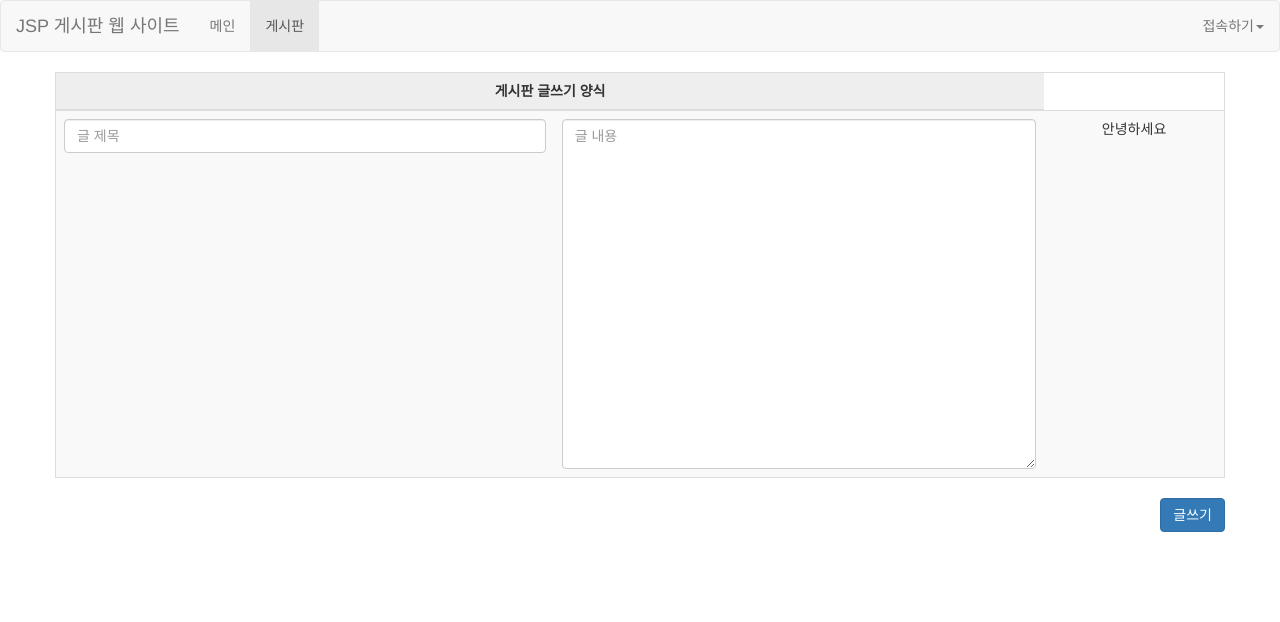
Repository: jk4g2/JSP_BBS
Page: http://localhost/BBS/view.jsp
The author's editor kept a copy of each file at every save. The page is drawn from the files as they stood at one save, then again after the next save.
The browser window is 1280 px wide. The pictures show the whole page.
Some web libraries are served in a nearby version. The page is served by Tomcat 9.

Above is the page before, as saved 2020-03-15 23:21:25.

After the next save:
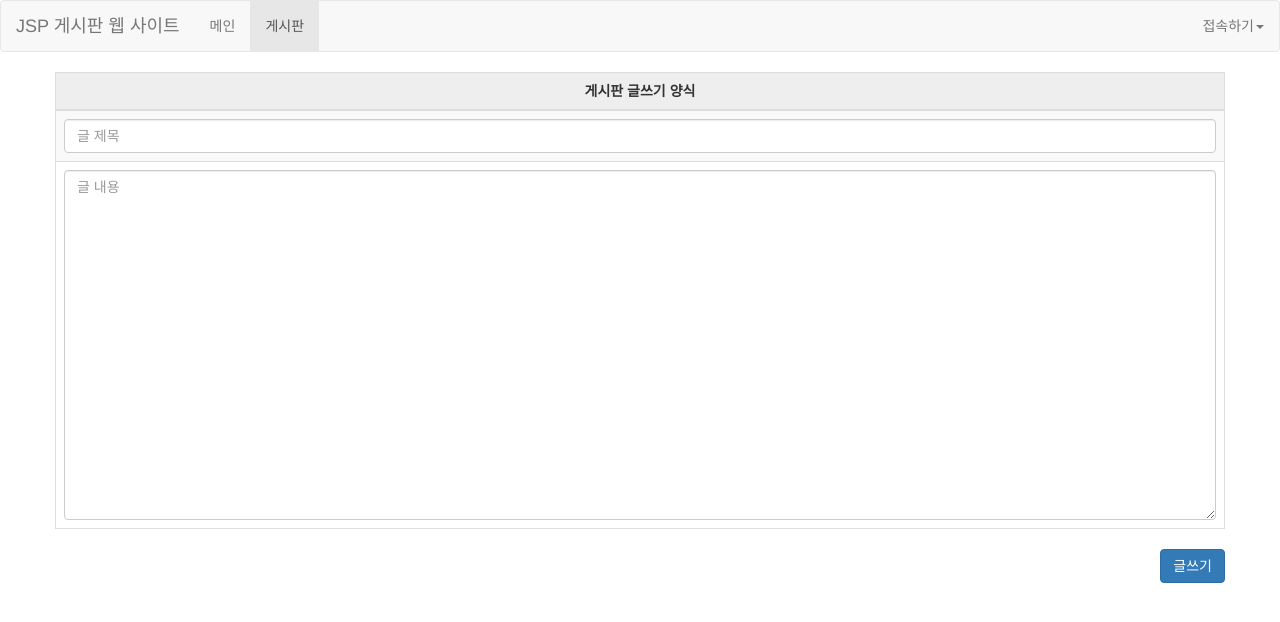
Saved 47 s later.
--- a/BBS/WebContent/view.jsp
+++ b/BBS/WebContent/view.jsp
@@ -78,8 +78,9 @@
 					<tbody>
 						<tr>
 							<td><input type="text" class="form-control" placeholder="글 제목" name="bbsTitle" maxlength=""></td>
+						</tr>
+						<tr>
 							<td><textarea class="form-control" placeholder="글 내용" name="bbsContent" maxlength="2048" style="height: 350px;"></textarea>
-							<td>안녕하세요</td>
 						</tr>
 					</tbody>
 				</table>
